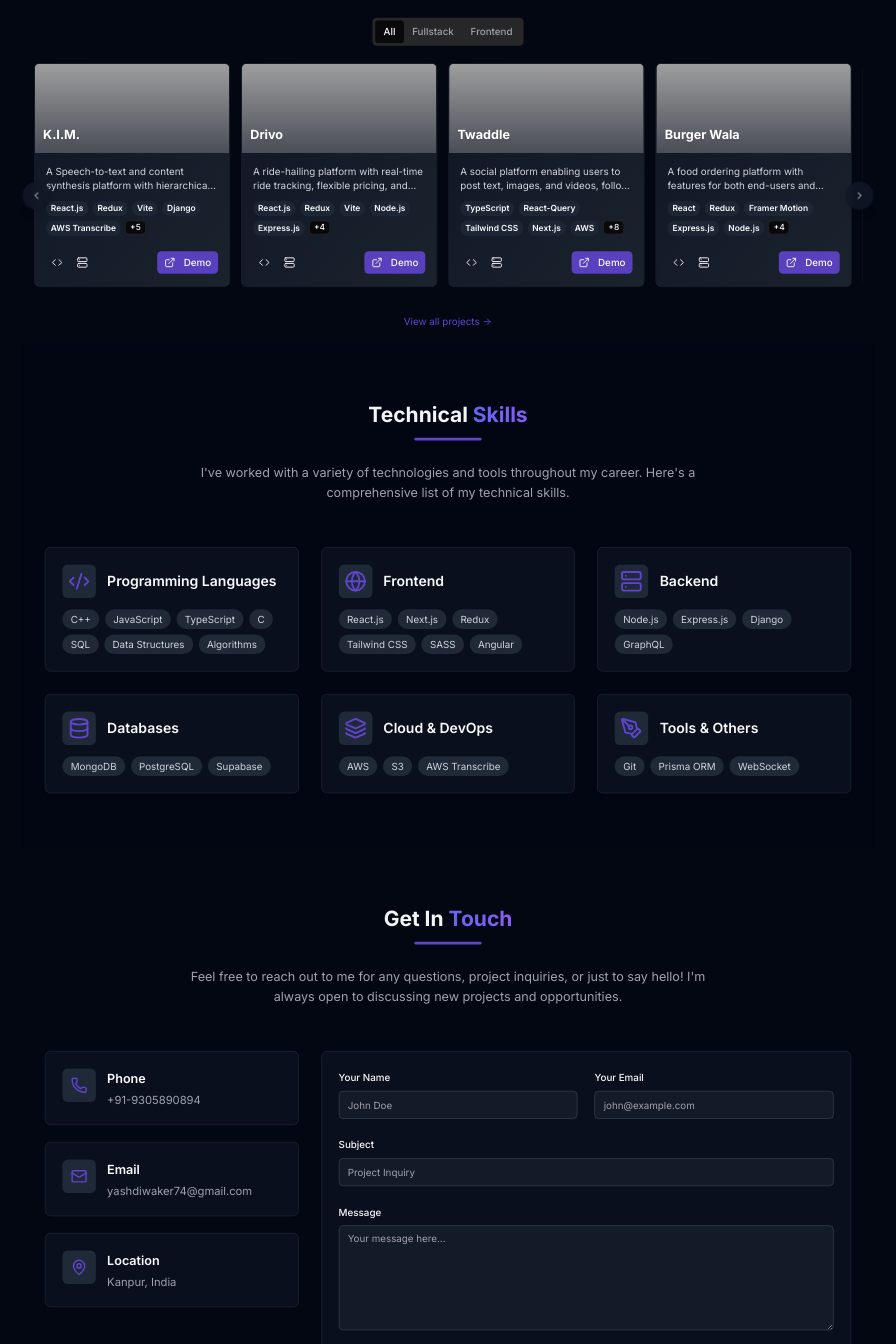
Repository: NoobCoderY/Yash
Page: /
The author's editor kept a copy of each file at every save. The page is drawn from the files as they stood at one save, then again after the next save.
The browser window is 1280 px wide. The pictures show the part of the page from y = 3068 to 4988 px (the page is 5408 px tall before and 5388 px after), at 70% of full size.
Pictures or frames that could not be fetched are drawn as grey boxes. The project was rebuilt for these pictures with package versions that can differ from the ones it lists, and the page was loaded fresh each time. The framework's server and built-in components were replaced by stand-ins that run in the browser. Also part of the build but not shown: next.config.mjs, app/actions/send-email.ts.

Above is the page before, as saved 2025-04-13 10:54:41.

After the next save:
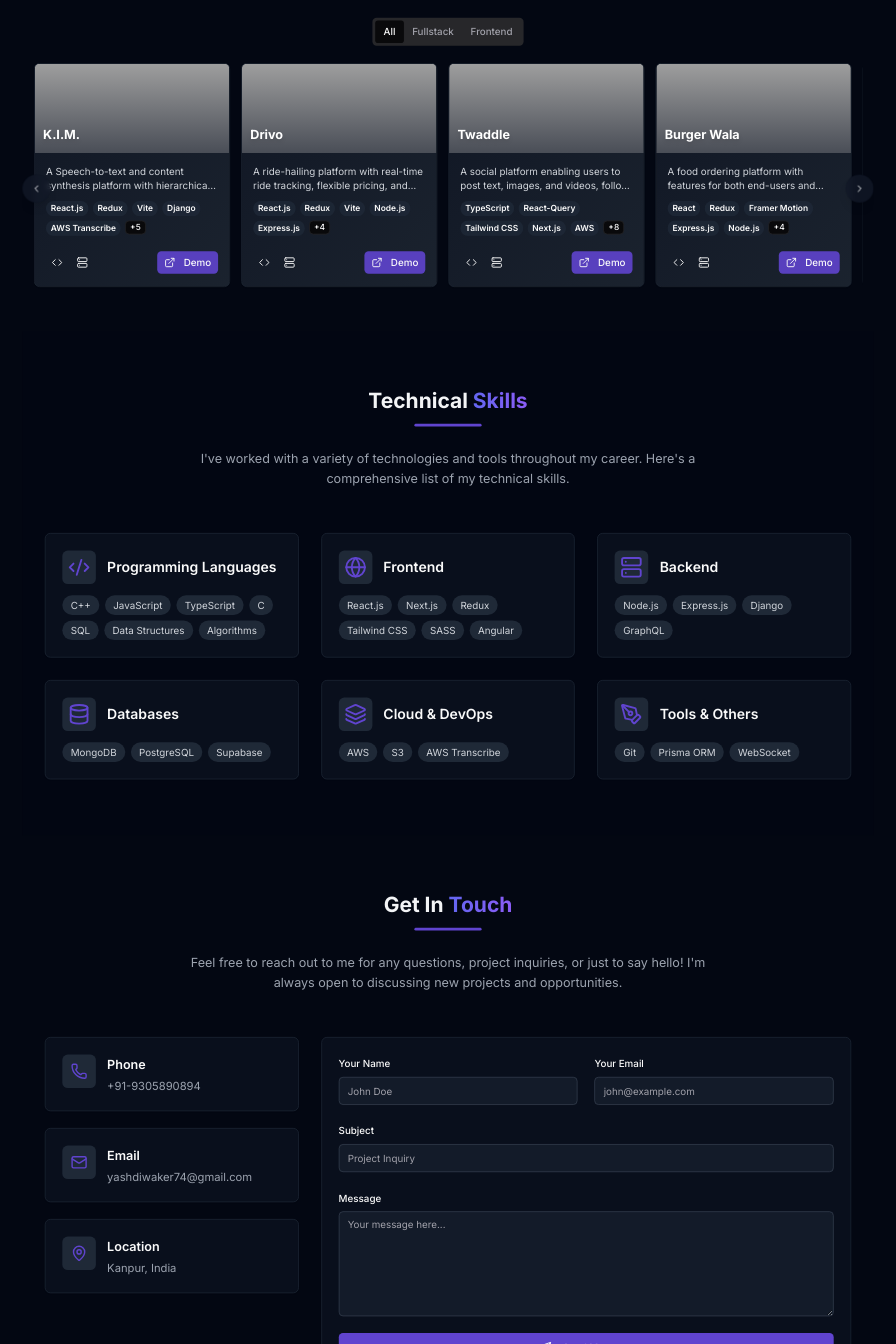
Saved 31 s later.
--- a/components/projects.tsx
+++ b/components/projects.tsx
@@ -443,13 +443,7 @@ export default function Projects() {
             </div>
 
             <div className='flex justify-center mt-6'>
-              <Link
-                href='#'
-                className='group inline-flex items-center text-sm text-primary hover:text-primary/80 transition-colors'
-              >
-                View all projects
-                <ArrowRight className='ml-1 h-3.5 w-3.5 transition-transform group-hover:translate-x-0.5' />
-              </Link>
+
             </div>
           </TabsContent>
         </Tabs>
